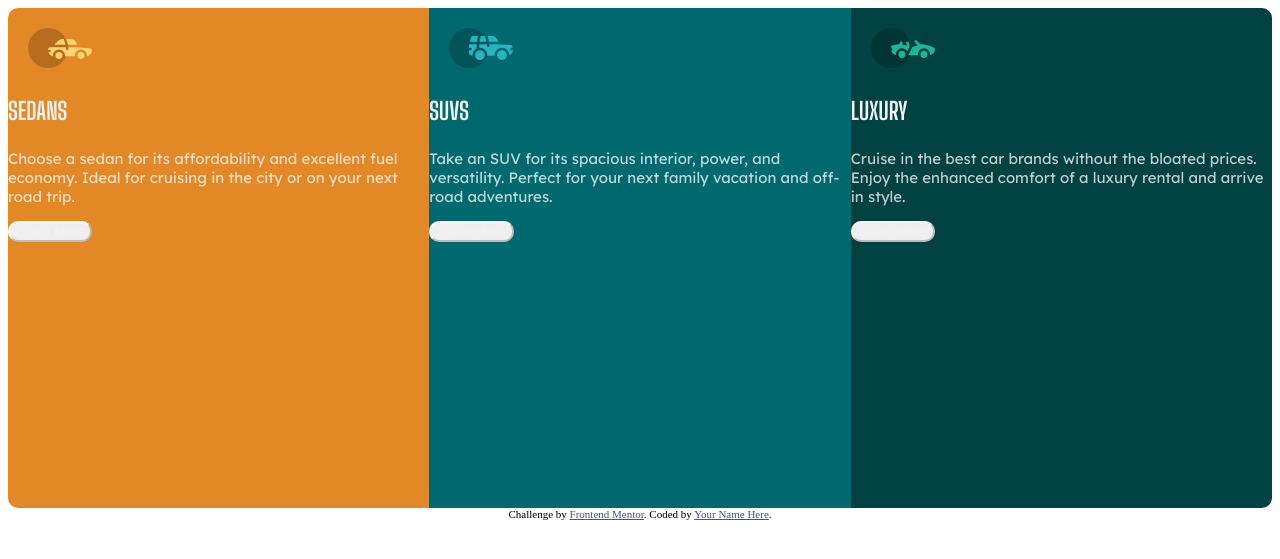
Repository: viniciussnt/3-column-preview-card
Page: index.html
An editor plug-in stored every save of this project. The page is shown before and after a run of saves, followed by the edit.
The browser window is 1280 px wide. The pictures show the whole page.

Above is the page before, as saved 2023-09-15 11:13:24.

### index.html
<!DOCTYPE html>
<html lang="pt-br">

<head>
  <meta charset="UTF-8">
  <meta name="viewport" content="width=device-width, initial-scale=1.0">
  <link rel="icon" type="image/png" sizes="32x32" href="./images/favicon-32x32.png">
  <link rel="stylesheet" href="./styles/style.css">

  <link rel="preconnect" href="https://fonts.googleapis.com">
  <link rel="preconnect" href="https://fonts.gstatic.com" crossorigin>
  <link href="https://fonts.googleapis.com/css2?family=Big+Shoulders+Display:wght@700&family=Lexend+Deca&display=swap"
    rel="stylesheet">

  <title>Frontend Mentor | 3-column preview card component</title>

  <!-- Feel free to remove these styles or customise in your own stylesheet 👍 -->
  <style>
    .attribution {
      font-size: 11px;
      text-align: center;
    }

    .attribution a {
      color: hsl(228, 45%, 44%);
    }
  </style>
</head>

<body>
  <div class="container">
    <article class="card-info">
      <section class="sedans">
        <div class="img-box">
          <img src="./images/icon-sedans.svg" />
        </div>
        <h1>SEDANS</h1>
        <p>Choose a sedan for its affordability and excellent fuel economy. Ideal for cruising in the city
          or on your next road trip.</p>

        <button>Learn More</button>
      </section>

      <section class="suvs">
        <div class="img-box">
          <img src="./images/icon-suvs.svg" />
        </div>
        <h1>SUVS</h1>
        <p>Take an SUV for its spacious interior, power, and versatility. Perfect for your next family vacation
          and off-road adventures.</p>

        <button>Learn More</button>
      </section>

      <section class="luxury">
        <div class="img-box">
          <img src="./images/icon-luxury.svg" />
        </div>
        <h1>LUXURY</h1>
        <p>Cruise in the best car brands without the bloated prices. Enjoy the enhanced comfort of a luxury
          rental and arrive in style.</p>

        <button>Learn More</button>
      </section>
    </article>
  </div>

  <div class="attribution">
    Challenge by <a href="https://www.frontendmentor.io?ref=challenge" target="_blank">Frontend Mentor</a>.
    Coded by <a href="#">Your Name Here</a>.
  </div>
</body>

</html>

### styles/style.css
:root {
    --color-sedan: rgb(227, 136, 38);
    --color-suv: rgb(0, 105, 112);
    --color-luxury: rgb(0, 66, 65);

    --color-primary: rgba(255, 255, 255, 0.75);
    --color-secondary: rgb(242, 242, 242);
}

@import url('https://fonts.googleapis.com/css2?family=Big+Shoulders+Display:wght@700&family=Lexend+Deca&display=swap');

.container {
    background-color: #fff;
}

article {
    display: flex;
}

section {
    flex-direction: row;
    width: 500px;
    height: 500px;
}

.sedans {
    background-color: var(--color-sedan);
    border-radius: 10px 0px 0px 10px;
}

.sedans .img-box {
    margin-top: 20px;
    margin-left: 20px;

}

.suvs {
    background-color: var(--color-suv);
}

.suvs .img-box {
    margin-top: 20px;
    margin-left: 20px;

}

.luxury {
    background-color: var(--color-luxury);
    border-radius: 0px 10px 10px 0px;
}

.luxury .img-box {
    margin-top: 20px;
    margin-left: 20px;

}

h1 {
    font-family: 'Big Shoulders Display', cursive;
    font-size: 1.5rem;
    color: var(--color-secondary);
}

p {
    font-family: 'Lexend Deca', sans-serif;
    font-size: 15px;
    color: var(--color-primary);
}

button {
    border-color: var(--color-primary);
    color: var(--color-secondary);
    border-radius: 10px;
}

After the next 3 saves:
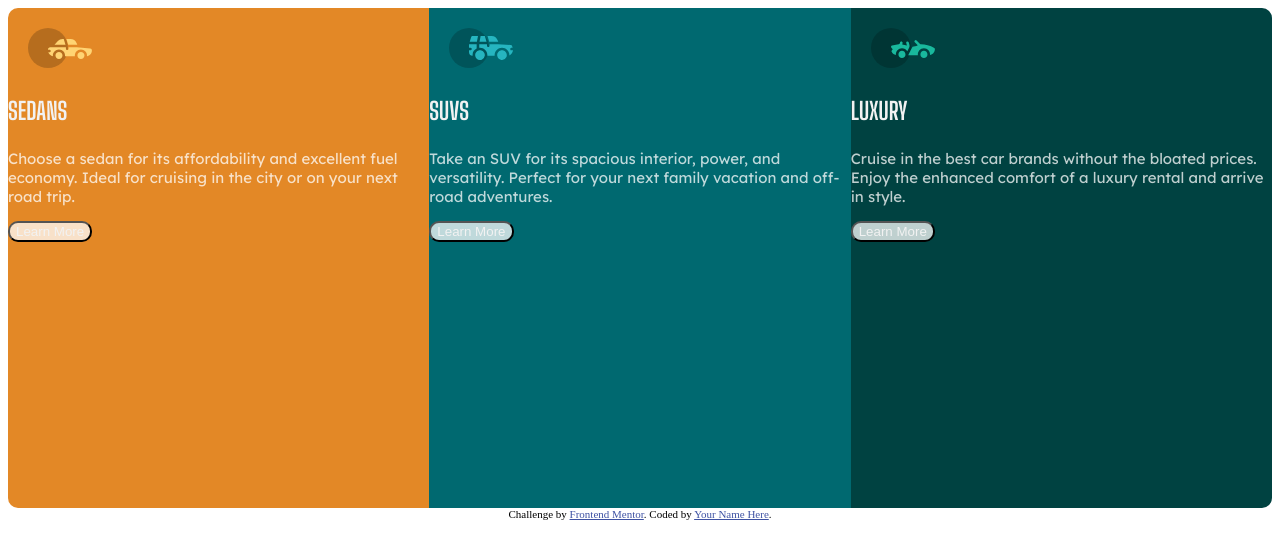
The 3 saves are shown as one change because they came seconds apart.
The last was saved 38 s later.
--- a/styles/style.css
+++ b/styles/style.css
@@ -68,7 +68,7 @@
 }
 
 button {
-    border-color: var(--color-primary);
+    background-color: var(--color-primary);
     color: var(--color-secondary);
     border-radius: 10px;
 }
